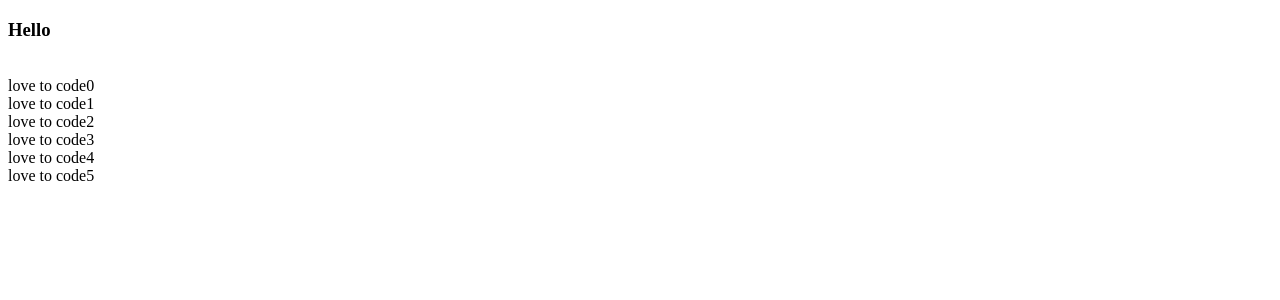
Repository: PuchakayalaVyshnavi/Bootstrap5
Page: http://localhost/jspdemo/scriplet-test.jsp
An editor plug-in stored every save of this project. The page is shown before and after the next save, followed by the edit.
The browser window is 1280 px wide. The pictures show the whole page.
The page is served by Tomcat 9. Other server files are loaded and not shown.

Above is the page before, as saved 2021-08-16 13:57:32.

### Java/jspdemo/src/main/webapp/scriplet-test.jsp
<%@ page language="java" contentType="text/html; charset=ISO-8859-1"
    pageEncoding="ISO-8859-1"%>
<!DOCTYPE html>
<html>
<body>
<h3>Hello</h3>
<%
for(int i=0;i<=5;i++){
	out.println("<br/> love to code"+i);
}
%>
</body>
</html>

After the next save:
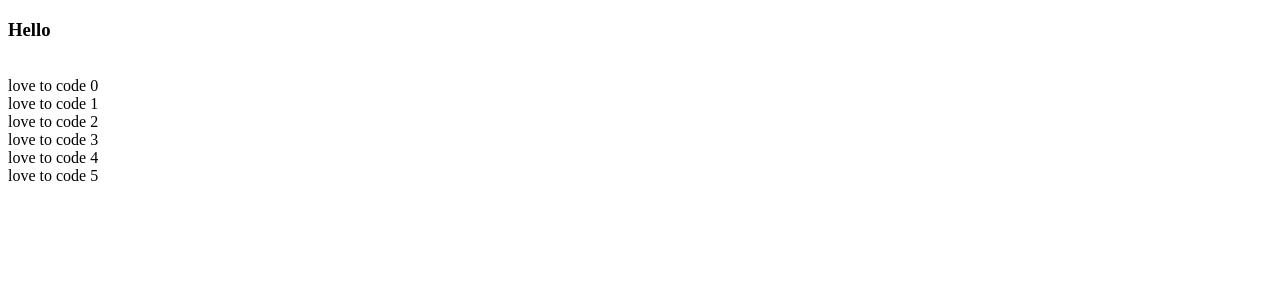
Saved 24 s later.
--- a/Java/jspdemo/src/main/webapp/scriplet-test.jsp
+++ b/Java/jspdemo/src/main/webapp/scriplet-test.jsp
@@ -6,7 +6,7 @@
 <h3>Hello</h3>
 <%
 for(int i=0;i<=5;i++){
-	out.println("<br/> love to code"+i);
+	out.println("<br/> love to code "+i);
 }
 %>
 </body>
